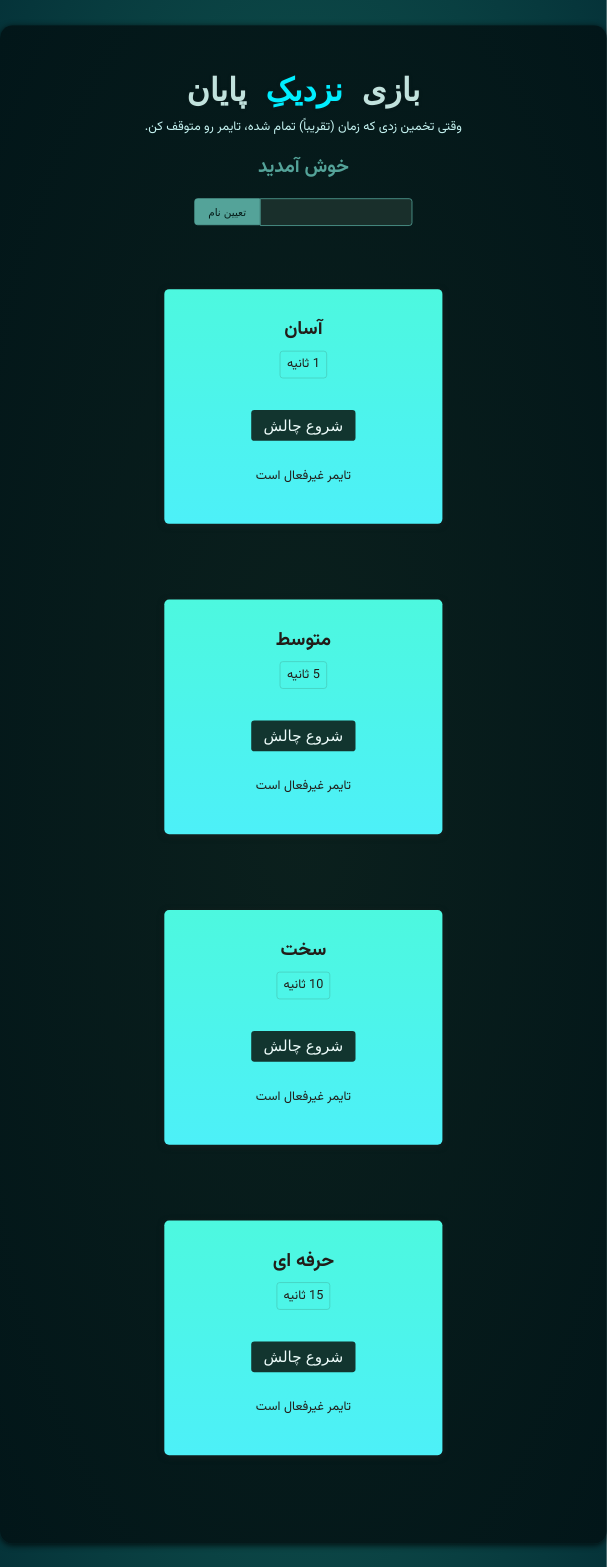
Repository: H-ala/react-near-end
Page: /
An editor plug-in stored every save of this project. The page is shown before and after the next save, followed by the edit.
The browser window is 768 px wide. The pictures show the whole page, at 79% of full size.
The project was rebuilt for these pictures with package versions that can differ from the ones it lists, and the page was loaded fresh each time. Also part of the build but not shown: vite.config.js.

Above is the page before, as saved 2025-10-21 19:49:05.

After the next save:
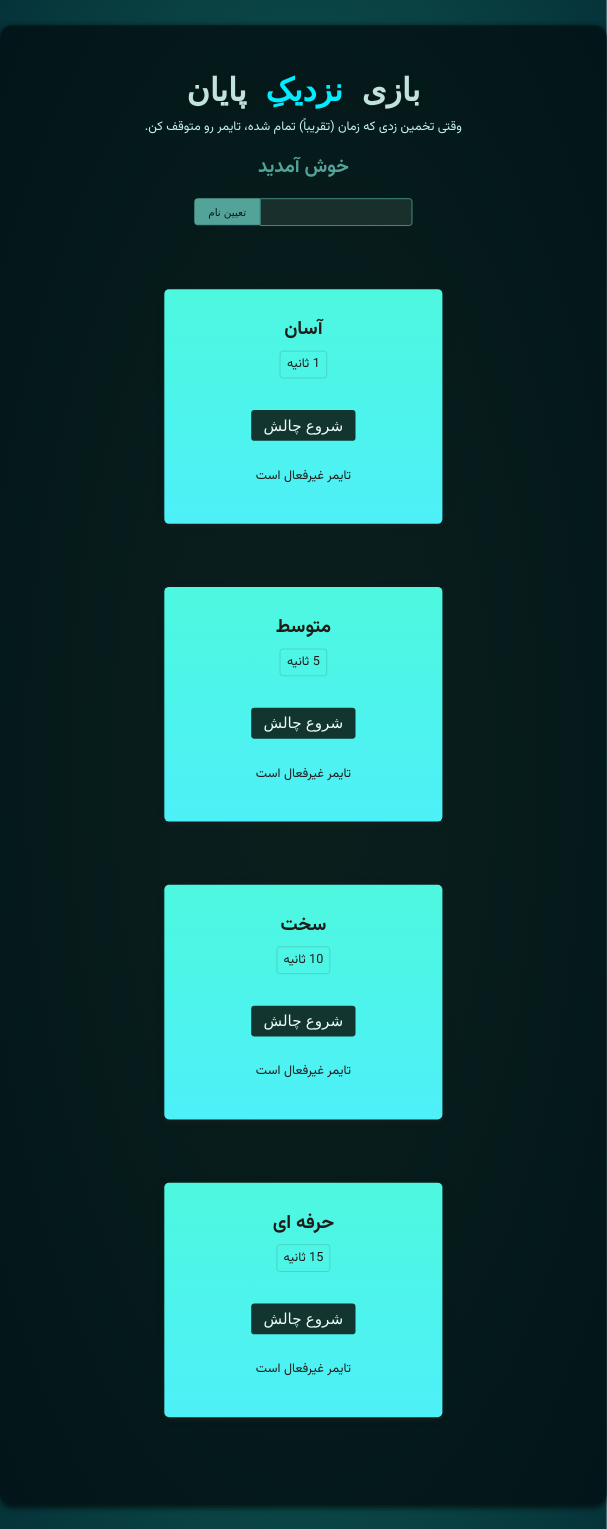
Saved 37 s later.
--- a/src/index.css
+++ b/src/index.css
@@ -229,4 +229,8 @@ header p {
   header p {
     font-size: 1rem;
   }
-}
+
+  #challenges {
+    gap: 1rem;
+  }
+}
